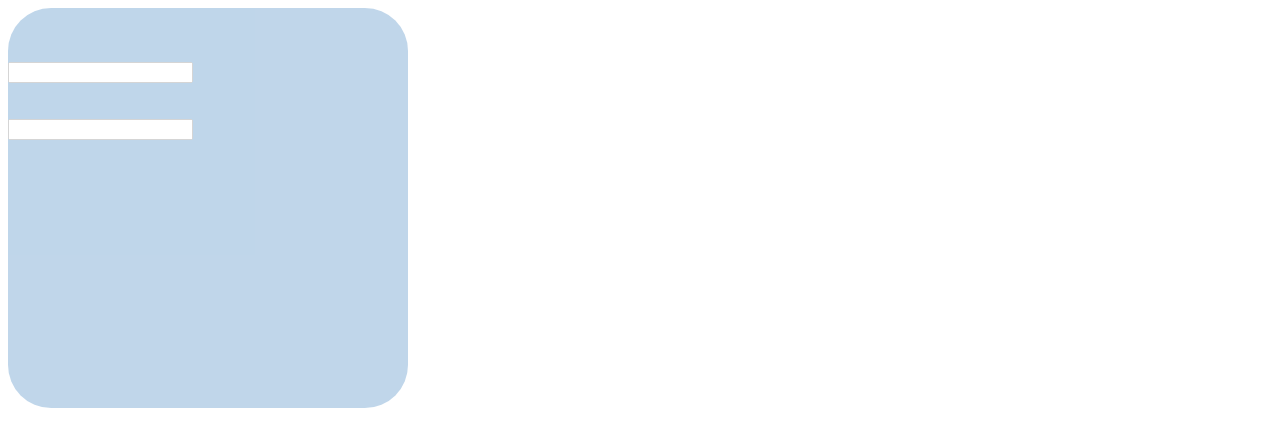
Repository: rkrukshan/Glass_Login_CSS
Page: loginform.html
These files come from the project's save history. The page is drawn as it stood at one moment and after the next save; the edit follows.
The browser window is 1280 px wide. The pictures show the whole page.

Above is the page before, as saved 2023-10-02 22:42:58.

### loginform.html
<!DOCTYPE html>
<html lang="en">

<head>
    <style>
        form
        {
            background-color: rgb(46, 121, 187);
            width: 25rem;
            height: 25rem;
            opacity: .3;
            border-radius: 43px;
        }
    </style>
    <meta charset="UTF-8">
    <meta name="viewport" content="width=device-width, initial-scale=1.0">
    <title>Document</title>
</head>

<body>
    <form action="">
        <br><br><br>
        <label for=""></label>
        <input type="text" name="" id=""><br><br><br>
        <label for=""></label>
        <input type="password" name="" id="">
    </form>
</body>

</html>

After the next save:
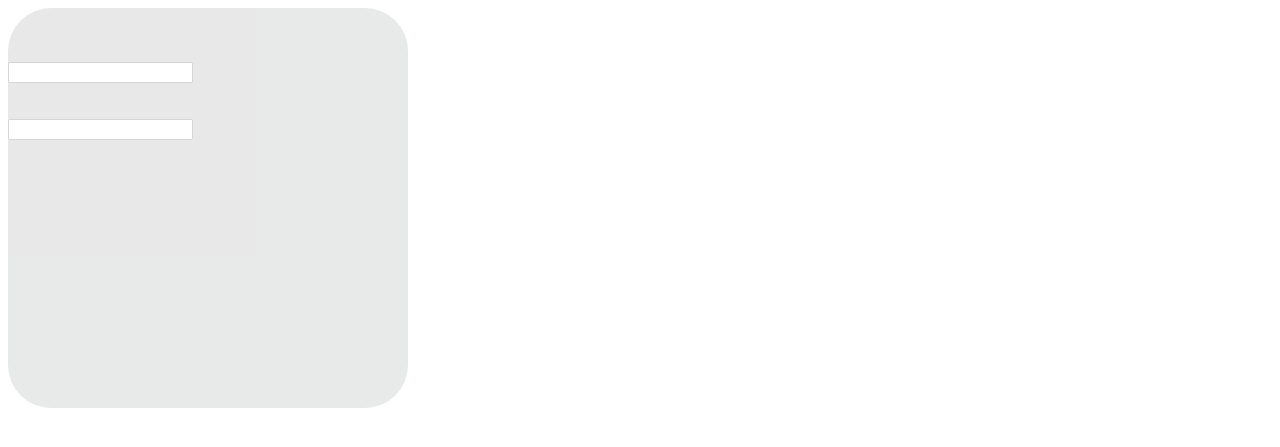
Saved 9 s later.
--- a/loginform.html
+++ b/loginform.html
@@ -5,7 +5,7 @@
     <style>
         form
         {
-            background-color: rgb(46, 121, 187);
+            background-color: rgb(180, 182, 183);
             width: 25rem;
             height: 25rem;
             opacity: .3;
